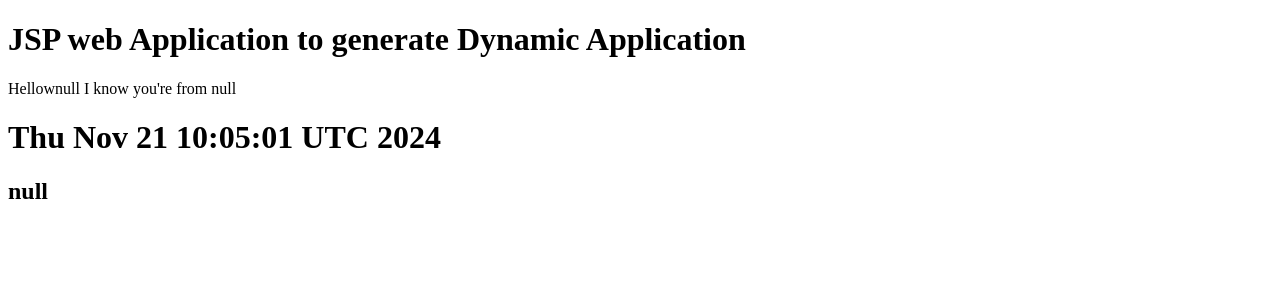
Repository: anuragtiwari3100/Java-Web-Solutions-Kit
Page: http://localhost/JsTagsAndWebAppUsingJSp/jspApp.jsp
An editor plug-in stored every save of this project. The page is shown before and after the next save, followed by the edit.
The browser window is 1280 px wide. The pictures show the whole page.
The page is served by Tomcat 9.

Above is the page before, as saved 2024-11-27 13:19:01.

After the next save:
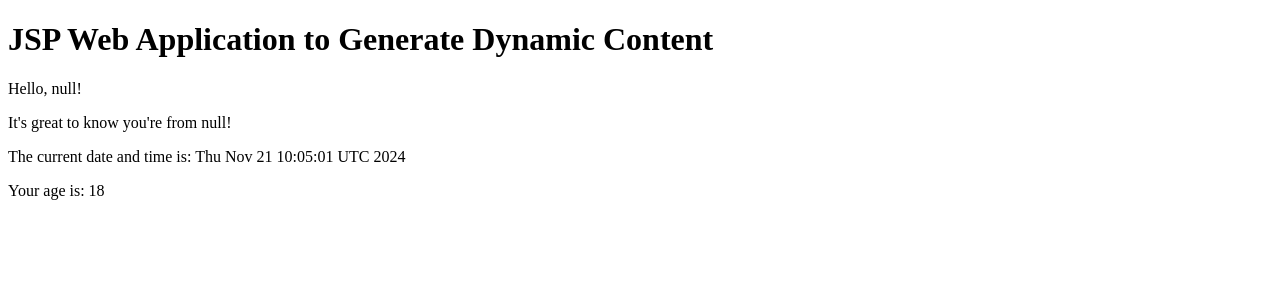
Saved 2 min 57 s later.
--- a/JspAndServlet/JsTagsAndWebAppUsingJSp/src/main/webapp/jspApp.jsp
+++ b/JspAndServlet/JsTagsAndWebAppUsingJSp/src/main/webapp/jspApp.jsp
@@ -1,32 +1,37 @@
-	<%@ page language="java" contentType="text/html; charset=UTF-8"
-	    pageEncoding="UTF-8"%>
-	<!DOCTYPE html>
-	<html>
-	<head>
-	<meta charset="UTF-8">
-	<title>Insert title here</title>
-	</head>
-	<body>
+<%@ page language="java" contentType="text/html; charset=UTF-8" pageEncoding="UTF-8"%>
+<!DOCTYPE html>
+<html>
+<head>
+    <meta charset="UTF-8">
+    <title>JSP Dynamic Page</title>
+</head>
+<body>
+    <h1>JSP Web Application to Generate Dynamic Content</h1>
 
+    <%-- Importing the Date class --%>
+    <%@ page import="java.util.Date" %>
 
-	      <h1> JSP web Application to generate  Dynamic Application</h1>
+    <%!
+        // You can use this in the scriptlet section if needed
+        int age = 18;
+    %>
 
-	  <%@ page import="java.util.Date" %>
+    <%-- Fetching data from the form --%>
+    <%
+        String name = request.getParameter("uname");
+        String ucity = request.getParameter("ucity");
 
-	  <%!
-	        int age =18;
-	   %>
+        // Date object to display the current date and time
+        Date date = new Date();
+    %>
 
-	  <%
-	  String  name= request.getParameter("uname");
-	    String  ucity= request.getParameter("ucity");
+    <%-- Output the information dynamically --%>
+    <p>Hello, <%= name %>!</p>
+    <p>It's great to know you're from <%= ucity %>!</p>
+    <p>The current date and time is: <%= date %></p>
 
-	    Date date = new Date();
-	    out.println("Hellow"+name);
-	    out.println("I know you're from "+ucity);
+    <%-- Optionally display the age --%>
+    <p>Your age is: <%= age %></p>
 
-	  %>
-	  <h1><%=  date %></h1>
-	  <h2><%=  ucity %></h2>
-	</body>
-	</html>
+</body>
+</html>
